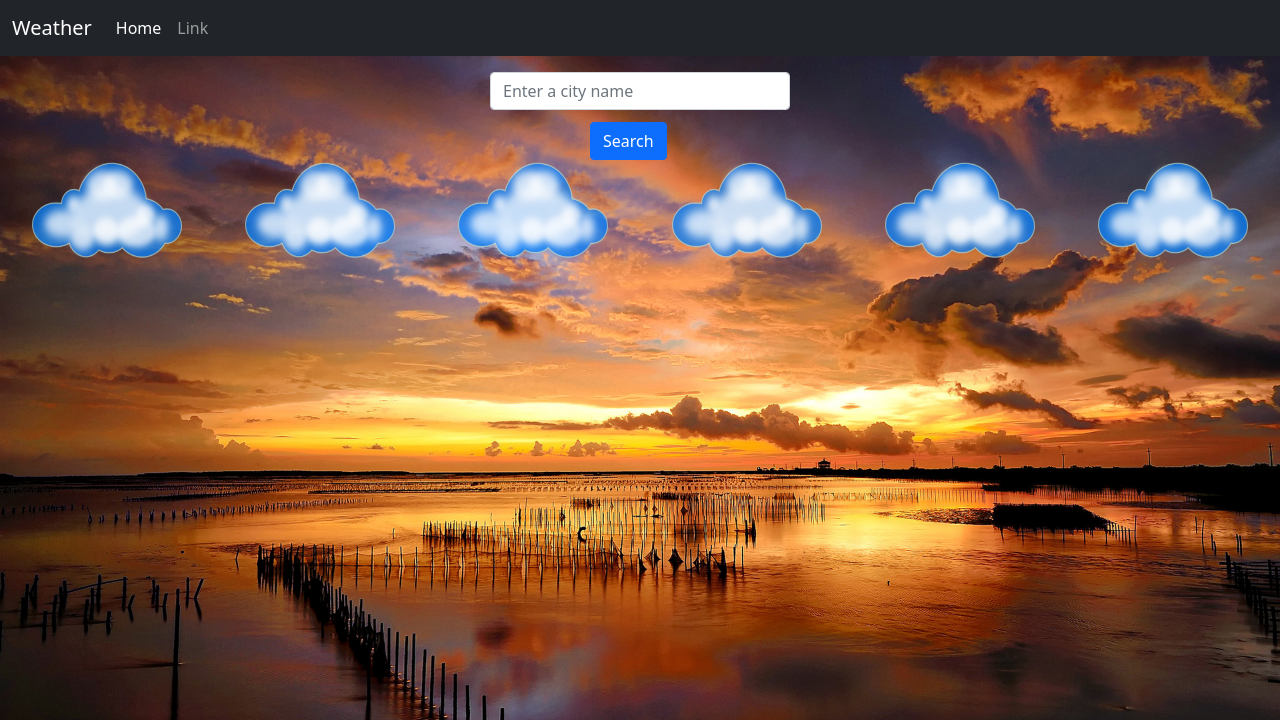
Repository: rohitbharti258/Project_Weather_finder
Page: index.html
The author's editor kept a copy of each file at every save. The page is drawn from the files as they stood at one save, then again after the next save.
The browser window is 1280 px wide. The pictures show the whole page.

Above is the page before, as saved 2022-02-28 13:02:05.

After the next save:
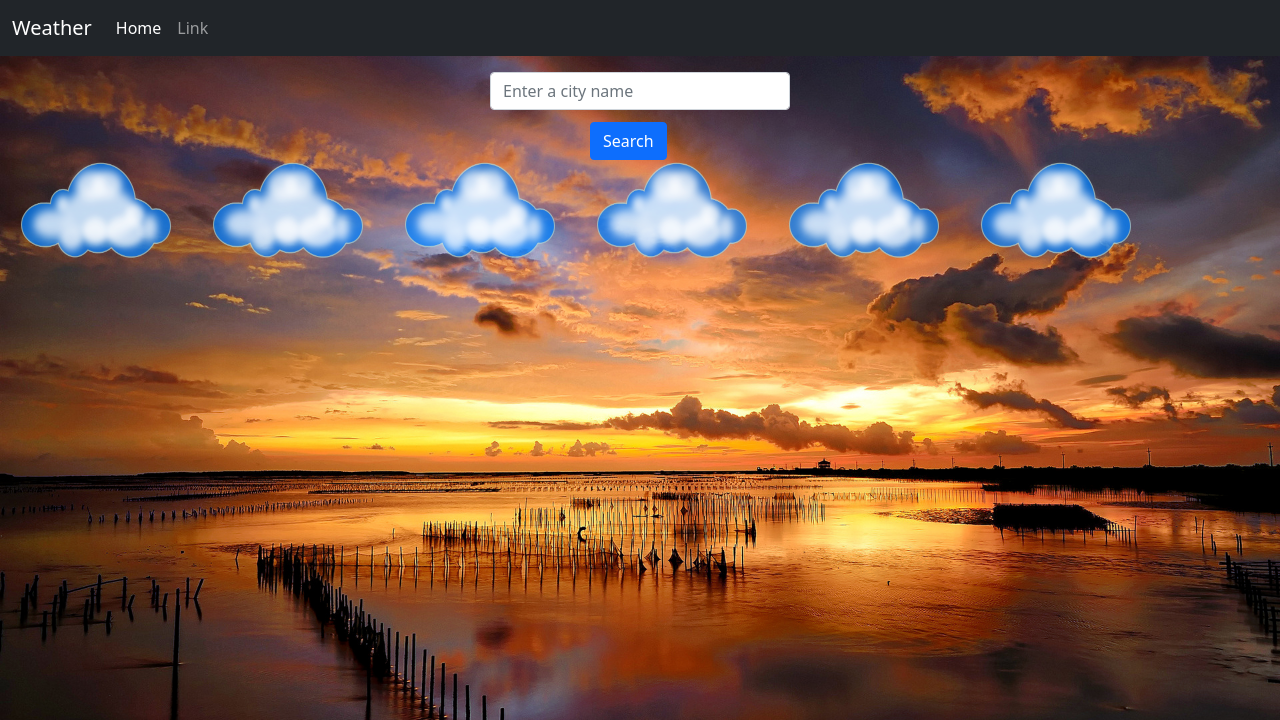
Saved 81 s later.
--- a/style.css
+++ b/style.css
@@ -18,7 +18,7 @@ body {
     align-items: center;
     position: absolute;
     /* bottom:10px; */
-    min-width:100%;
+    min-width:90%;
     animation: cloud 7s linear infinite;
 }
 @keyframes cloud {
